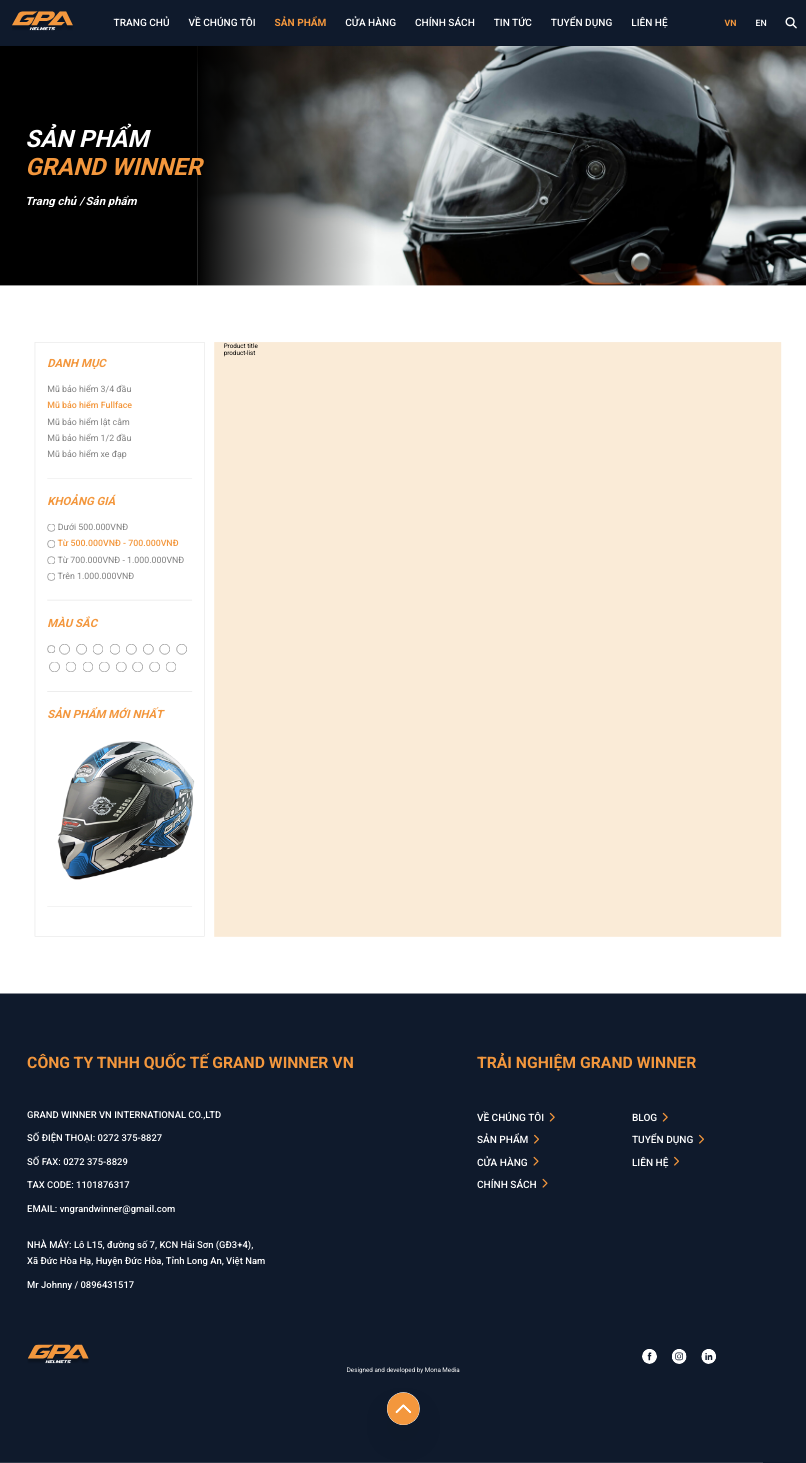
Repository: ThangNguyenT5/GrandWinner
Page: products.html
The author's editor kept a copy of each file at every save. The page is drawn from the files as they stood at one save, then again after the next save.
The browser window is 1280 px wide. The pictures show the whole page, at 63% of full size.
Pictures or frames that could not be fetched are drawn as grey boxes. Some web libraries are served in a nearby version.

Above is the page before, as saved 2023-03-28 12:17:09.

After the next save:
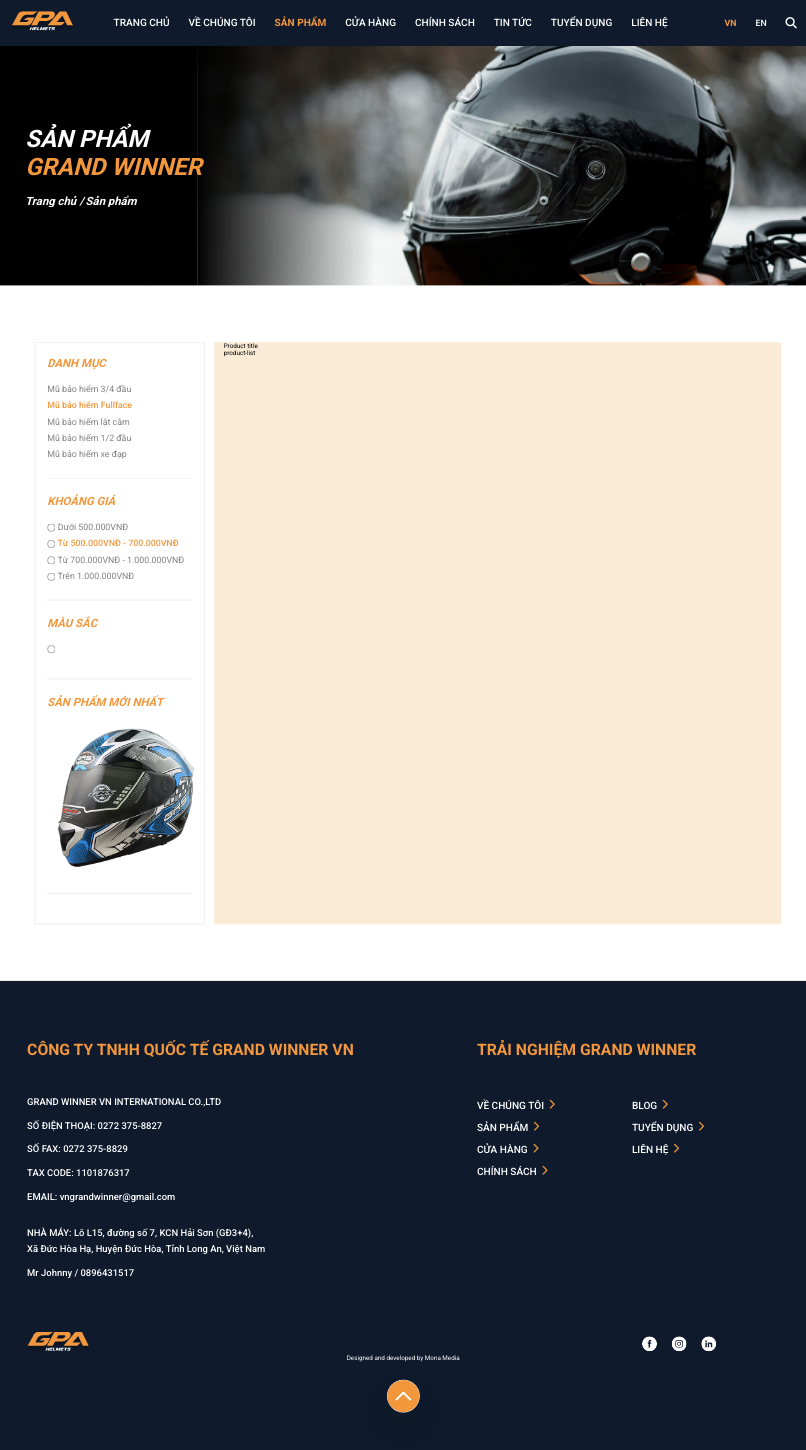
Saved 10 min 29 s later.
--- a/products.html
+++ b/products.html
@@ -192,32 +192,13 @@
                                 <h3 class="aside-item-tt">MÀU SẮC</h3>
                                 <ul class="aside-cate-list">
                                     <li class="aside-cate-item">
-                                        <label for="color" class="color">
-                                            <input type="radio" name="radio">
+                                        <label for="">
+                                            <input type="radio" name="" id="">
+                                            <span class="checked"></span>
                                         </label>
-
-                                        <label class="aside-cate-colors" for="color-1">
-                                            <input type="radio" name="radio-color" value="color-1" >
-                                            <input type="radio" name="radio-color" value="color-1" >
-                                            <input type="radio" name="radio-color" value="color-1" >
-                                            <input type="radio" name="radio-color" value="color-1" >
-                                            <input type="radio" name="radio-color" value="color-1" >
-                                            <input type="radio" name="radio-color" value="color-1" >
-                                            <input type="radio" name="radio-color" value="color-1" >
-                                            <input type="radio" name="radio-color" value="color-1" >
-                                        </label>
-                                    </li>
-                                    <li class="aside-cate-item">
-                                        <label class="aside-cate-colors" for="color-1">
-                                            <input type="radio" name="radio-color" value="color-1" >
-                                            <input type="radio" name="radio-color" value="color-1" >
-                                            <input type="radio" name="radio-color" value="color-1" >
-                                            <input type="radio" name="radio-color" value="color-1" >
-                                            <input type="radio" name="radio-color" value="color-1" >
-                                            <input type="radio" name="radio-color" value="color-1" >
-                                            <input type="radio" name="radio-color" value="color-1" >
-                                            <input type="radio" name="radio-color" value="color-1" >
-                                        </label>
+                                    </li>
+                                    <li class="aside-cate-item">
+
                                     </li>
                                 </ul>
                             </div>
